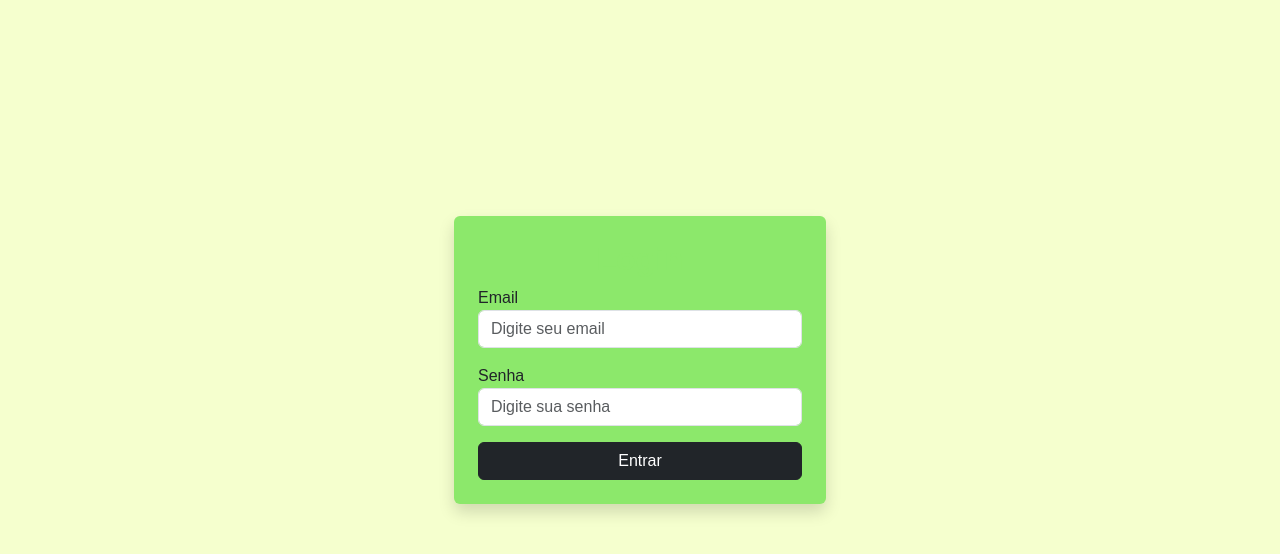
Repository: feliperanon/appliz
Page: /
The author's editor kept a copy of each file at every save. The page is drawn from the files as they stood at one save, then again after the next save.
The browser window is 1280 px wide. The pictures show the whole page.
The project was rebuilt for these pictures with package versions that can differ from the ones it lists, and the page was loaded fresh each time. Also part of the build but not shown: src/components/Navbar.js, src/components/Cadastro.js, src/components/MedicaoTempo.js, src/components/AnaliseDesempenho.js, src/components/OcorrenciasDiarias.js, src/components/ControleQualidade.js, src/components/CapacitacaoTreinamento.js, src/components/ManutencaoPreventiva.js and 2 more. Imported but missing from the stored project, and not drawn on this page: src/components/CadastroCliente, src/components/CadastroEquipamento, src/components/CadastroStatus, src/components/CadastroUsuario.

Above is the page before, as saved 2024-10-12 21:56:01.

### src/index.js
import React from 'react';
import 'bootstrap/dist/css/bootstrap.min.css';
import ReactDOM from 'react-dom';
import 'bootstrap/dist/css/bootstrap.min.css'; // Importa o Bootstrap
import './global.css'; // Importa o CSS global onde as cores foram definidas
import App from './App';

ReactDOM.render(
  <React.StrictMode>
    <App />
  </React.StrictMode>,
  document.getElementById('root')
);

### src/global.css
/* Definir as cores personalizadas */
.color1 { background-color: #8ce86b !important; }
.color2 { background-color: #a6ee84 !important; }
.color3 { background-color: #c1f49d !important; }
.color4 { background-color: #dbf9b5 !important; }
.color5 { background-color: #f5ffce !important; }

/* Definir cores de texto para melhor visibilidade */
.text-primary {
  color: #8ce86b !important;
}

/* Estilos globais */
body {
  margin: 0;
  padding: 0;
  font-family: Arial, sans-serif;
  background-color: #f5ffce; /* Usando uma das cores como fundo */
}

h2 {
  font-weight: 700;
  color: #4a4a4a;
}

### src/App.js
import React, { useState } from 'react';
import { BrowserRouter as Router, Route, Routes, Navigate } from 'react-router-dom';
import Navbar from './components/Navbar';
import Cadastro from './components/Cadastro';
import MedicaoTempo from './components/MedicaoTempo';
import AnaliseDesempenho from './components/AnaliseDesempenho';
import OcorrenciasDiarias from './components/OcorrenciasDiarias';
import ControleQualidade from './components/ControleQualidade';
import CapacitacaoTreinamento from './components/CapacitacaoTreinamento';
import ManutencaoPreventiva from './components/ManutencaoPreventiva';
import CicloPDCA from './components/CicloPDCA';
import Login from './components/Login';
import CadastroColaborador from './components/CadastroColaborador'; // Página específica de cadastro
import CadastroCliente from './components/CadastroCliente'; // Página específica de cadastro
import CadastroEquipamento from './components/CadastroEquipamento'; // Página específica de cadastro
import CadastroStatus from './components/CadastroStatus'; // Página específica de cadastro
import CadastroUsuario from './components/CadastroUsuario'; // Página específica de cadastro

const App = () => {
  const [isAuthenticated, setIsAuthenticated] = useState(false);

  const handleLogin = () => {
    setIsAuthenticated(true);
  };

  return (
    <Router>
      {isAuthenticated && <Navbar />} {/* Mostrar Navbar apenas quando autenticado */}

      <Routes>
        {/* Rota para Login */}
        <Route path="/" element={!isAuthenticated ? <Login onLogin={handleLogin} /> : <Navigate to="/cadastro" />} />

        {/* Rotas protegidas */}
        {isAuthenticated && (
          <>
            <Route path="/cadastro" element={<Cadastro />} />
            <Route path="/cadastro/colaborador" element={<CadastroColaborador />} />
            <Route path="/cadastro/cliente" element={<CadastroCliente />} />
            <Route path="/cadastro/equipamento" element={<CadastroEquipamento />} />
            <Route path="/cadastro/status" element={<CadastroStatus />} />
            <Route path="/cadastro/usuario" element={<CadastroUsuario />} />
            <Route path="/medicao-tempo" element={<MedicaoTempo />} />
            <Route path="/analise-pdca" element={<AnaliseDesempenho />} />
            <Route path="/ocorrencias" element={<OcorrenciasDiarias />} />
            <Route path="/controle-qualidade" element={<ControleQualidade />} />
            <Route path="/capacitacao" element={<CapacitacaoTreinamento />} />
            <Route path="/manutencao" element={<ManutencaoPreventiva />} />
            <Route path="/ciclo-pdca" element={<CicloPDCA />} />
          </>
        )}
      </Routes>
    </Router>
  );
};

export default App;

### src/components/Login.js
import React, { useState } from 'react';

const Login = ({ onLogin }) => {
  const [email, setEmail] = useState('');
  const [password, setPassword] = useState('');

  const handleSubmit = (event) => {
    event.preventDefault();
    if (email === 'admin@appliz.com' && password === '123456') {
      alert('Login realizado com sucesso!');
      onLogin(); // Chama a função para autenticar o usuário
    } else {
      alert('Email ou senha incorretos!');
    }
  };

  return (
    <div className="container d-flex justify-content-center align-items-center vh-100">
      <div className="col-md-4 color1 p-4 rounded shadow">
        <h2 className="text-center text-primary">Login</h2>
        <form onSubmit={handleSubmit}>
          <div className="form-group mb-3">
            <label>Email</label>
            <input
              type="email"
              className="form-control"
              value={email}
              onChange={(e) => setEmail(e.target.value)}
              placeholder="Digite seu email"
            />
          </div>
          <div className="form-group mb-3">
            <label>Senha</label>
            <input
              type="password"
              className="form-control"
              value={password}
              onChange={(e) => setPassword(e.target.value)}
              placeholder="Digite sua senha"
            />
          </div>
          <button type="submit" className="btn btn-dark w-100">Entrar</button>
        </form>
      </div>
    </div>
  );
};

export default Login;

Loaded but not shown: public/index.html (common file)

After the next save:
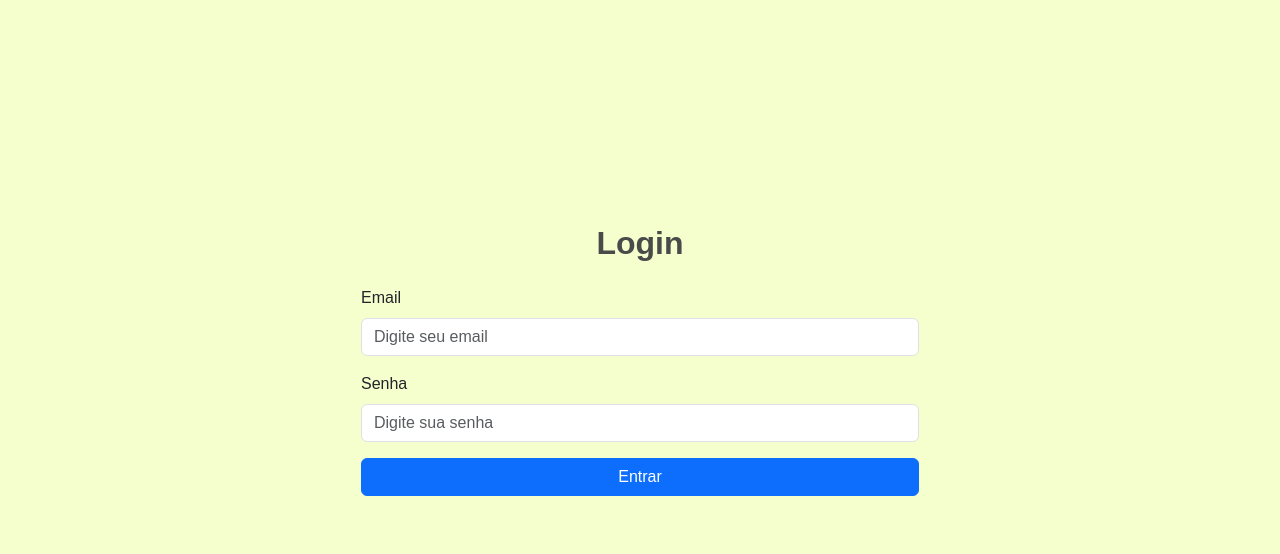
Saved 24 s later.
--- a/src/components/Login.js
+++ b/src/components/Login.js
@@ -1,48 +1,52 @@
 import React, { useState } from 'react';
+import { Container, Form, Button } from 'react-bootstrap';
 
 const Login = ({ onLogin }) => {
   const [email, setEmail] = useState('');
   const [password, setPassword] = useState('');
 
-  const handleSubmit = (event) => {
-    event.preventDefault();
-    if (email === 'admin@appliz.com' && password === '123456') {
-      alert('Login realizado com sucesso!');
-      onLogin(); // Chama a função para autenticar o usuário
+  const handleSubmit = (e) => {
+    e.preventDefault();
+
+    // Simular autenticação (em um cenário real, você faria uma chamada para a API aqui)
+    if (email === 'admin@admin.com' && password === 'admin') {
+      onLogin(); // Função passada por props para mudar o estado para autenticado
     } else {
-      alert('Email ou senha incorretos!');
+      alert('Credenciais inválidas');
     }
   };
 
   return (
-    <div className="container d-flex justify-content-center align-items-center vh-100">
-      <div className="col-md-4 color1 p-4 rounded shadow">
-        <h2 className="text-center text-primary">Login</h2>
-        <form onSubmit={handleSubmit}>
-          <div className="form-group mb-3">
-            <label>Email</label>
-            <input
-              type="email"
-              className="form-control"
-              value={email}
-              onChange={(e) => setEmail(e.target.value)}
-              placeholder="Digite seu email"
-            />
-          </div>
-          <div className="form-group mb-3">
-            <label>Senha</label>
-            <input
-              type="password"
-              className="form-control"
-              value={password}
-              onChange={(e) => setPassword(e.target.value)}
-              placeholder="Digite sua senha"
-            />
-          </div>
-          <button type="submit" className="btn btn-dark w-100">Entrar</button>
-        </form>
-      </div>
-    </div>
+    <Container className="vh-100 d-flex justify-content-center align-items-center">
+      <Form onSubmit={handleSubmit} className="w-50">
+        <h2 className="mb-4 text-center">Login</h2>
+        <Form.Group className="mb-3" controlId="formEmail">
+          <Form.Label>Email</Form.Label>
+          <Form.Control
+            type="email"
+            placeholder="Digite seu email"
+            value={email}
+            onChange={(e) => setEmail(e.target.value)}
+            required
+          />
+        </Form.Group>
+
+        <Form.Group className="mb-3" controlId="formPassword">
+          <Form.Label>Senha</Form.Label>
+          <Form.Control
+            type="password"
+            placeholder="Digite sua senha"
+            value={password}
+            onChange={(e) => setPassword(e.target.value)}
+            required
+          />
+        </Form.Group>
+
+        <Button variant="primary" type="submit" className="w-100">
+          Entrar
+        </Button>
+      </Form>
+    </Container>
   );
 };
 
